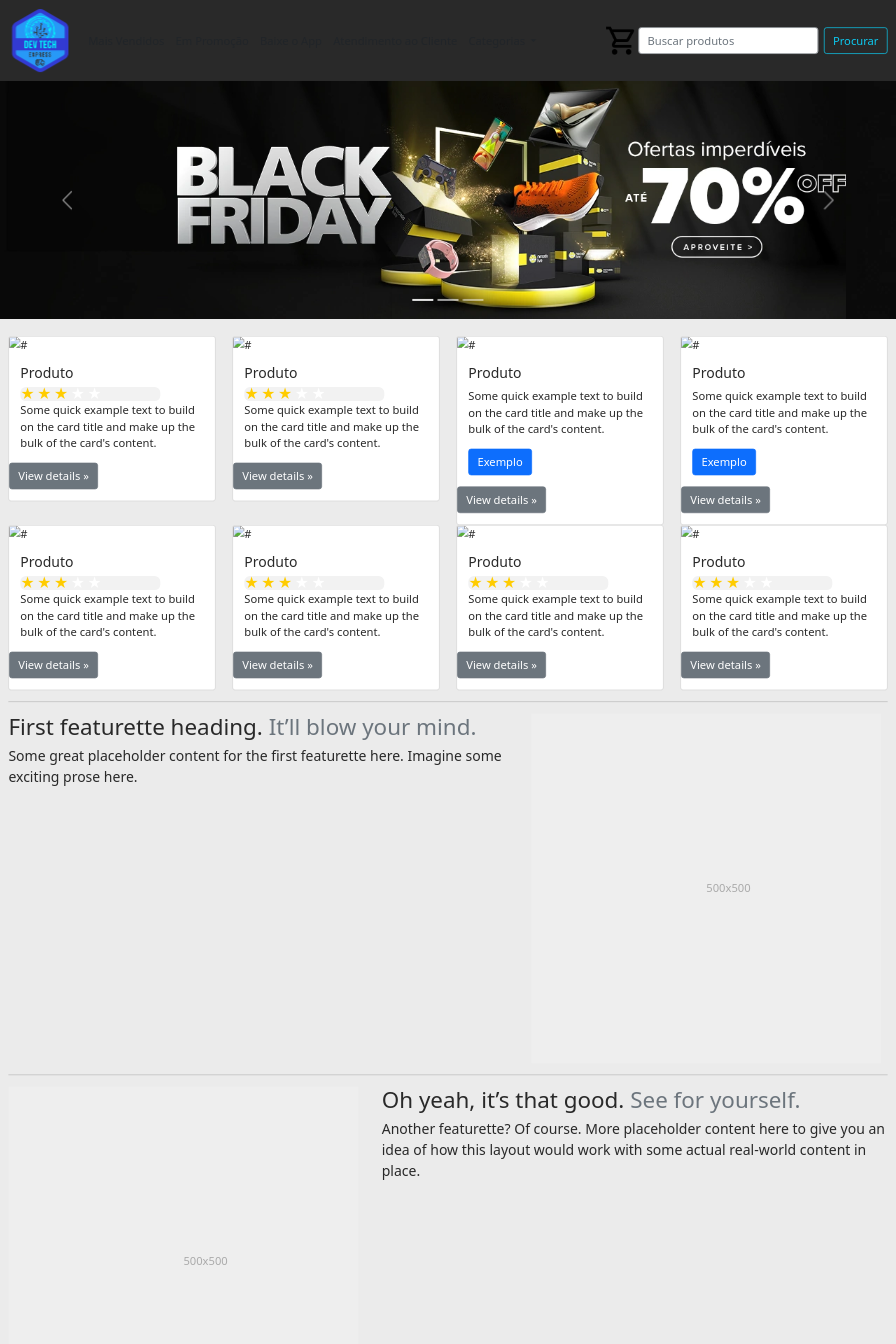
Repository: dantas-barreto/trabalho-interdisciplinar-IDW-IAP
Page: index.html
These files come from the project's save history. The page is drawn as it stood at one moment and after the next save; the edit follows.
The browser window is 1280 px wide. The pictures show the part of the page from y = 0 to 1920 px (the page is 2658 px tall), at 70% of full size.

Above is the page before, as saved 2021-11-26 20:49:18.

After the next save:
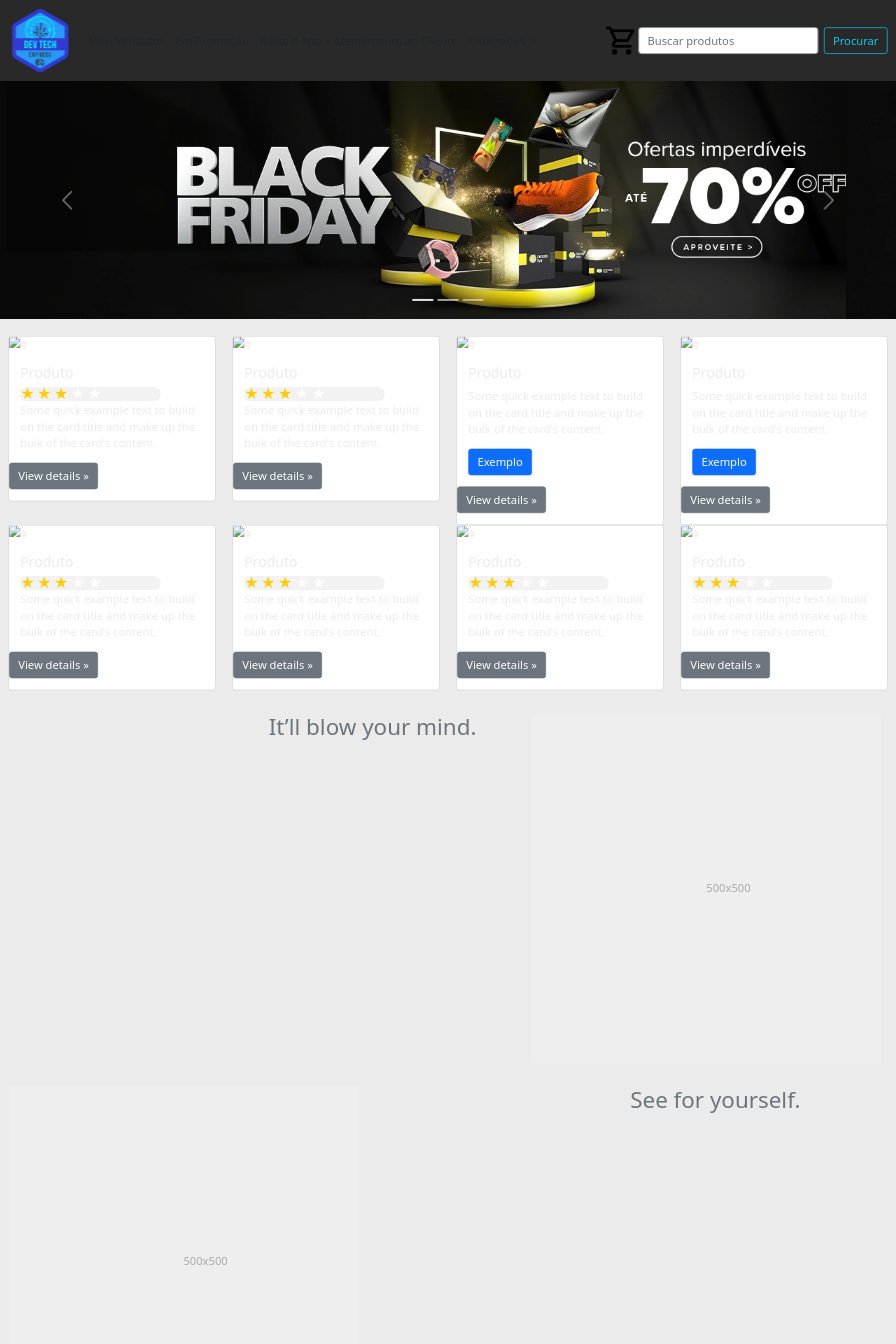
Saved 29 s later.
--- a/css/globalStyle.css
+++ b/css/globalStyle.css
@@ -6,7 +6,7 @@
 }
 
 * {
-  color: var(--fontColor);
+  color: var(--bgColor);
 }
 
 body {
